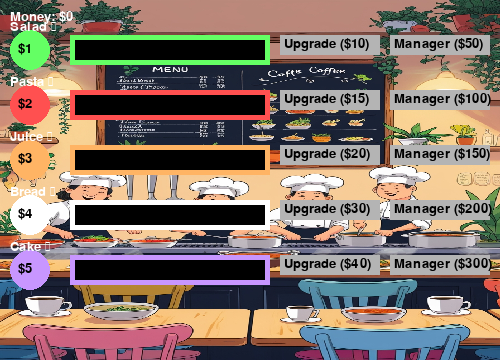
Repository: jontslater/idleclicker
Script's output: python main.py
These files come from the project's save history. The script's output is drawn as it stood at one moment and after the next save; the edit follows.
The window is shown after at most 60 frames with no key pressed. Random numbers start from a fixed seed. It also reads Leonardo_Phoenix_10_A_cozy_cartoonstyle_restaurant_interior_wa_1.jpg.

Above is the script's output before, as saved 2025-04-14 13:55:19.

### main.py
import pygame

pygame.init()
screen = pygame.display.set_mode([500, 360])
pygame.display.set_caption('Idle Restaurant')

background_img = pygame.image.load("c:/Users/lisaa/workspace/idleclicker/Leonardo_Phoenix_10_A_cozy_cartoonstyle_restaurant_interior_wa_1.jpg").convert()
background_img = pygame.transform.scale(background_img, (500, 360))


# Colors
red = (255, 80, 80)
green = (100, 255, 100)
orange = (255, 180, 100)
white = (255, 255, 255)
black = (0, 0, 0)
purple = (200, 150, 255)
gray = (180, 180, 180)
dark_gray = (70, 70, 70)

screen = pygame.display.set_mode([500, 360])
pygame.display.set_caption('Idle Restaurant')
background = background_img
framerate = 60
font = pygame.font.Font(None, 20)
timer = pygame.time.Clock()

# Game values
score = 0

# Station data
stations = [
    {"name": "Salad 🥗", "color": green, "value": 1, "speed": 5, "length": 0, "draw": False, "auto": False, "upgrade_cost": 10, "manager_cost": 50},
    {"name": "Pasta 🍝", "color": red, "value": 2, "speed": 4, "length": 0, "draw": False, "auto": False, "upgrade_cost": 15, "manager_cost": 100},
    {"name": "Juice 🍊", "color": orange, "value": 3, "speed": 3, "length": 0, "draw": False, "auto": False, "upgrade_cost": 20, "manager_cost": 150},
    {"name": "Bread 🍞", "color": white, "value": 4, "speed": 2, "length": 0, "draw": False, "auto": False, "upgrade_cost": 30, "manager_cost": 200},
    {"name": "Cake 🍰", "color": purple, "value": 5, "speed": 1, "length": 0, "draw": False, "auto": False, "upgrade_cost": 40, "manager_cost": 300},
]

def draw_station(station, y):
    global score
    # Auto-run if manager purchased
    if station["auto"]:
        station["draw"] = True

    # Progress bar logic
    if station["draw"] and station["length"] < 200:
        station["length"] += station["speed"]
    elif station["draw"] and station["length"] >= 200:
        station["draw"] = False
        station["length"] = 0
        score += station["value"]

    # Draw icon
    pygame.draw.circle(screen, station["color"], (30, y), 20)
    pygame.draw.rect(screen, station["color"], [70, y - 15, 200, 30])
    pygame.draw.rect(screen, black, [75, y - 10, 190, 20])
    pygame.draw.rect(screen, station["color"], [70, y - 15, station["length"], 30])

    label = font.render(station["name"], True, white)
    screen.blit(label, (10, y - 30))

    value_text = font.render(f"${station['value']}", True, black)
    screen.blit(value_text, (18, y - 8))

    # Buttons: upgrade and manager
    upg_btn = pygame.Rect(280, y - 15, 100, 20)
    mgr_btn = pygame.Rect(390, y - 15, 100, 20)

    pygame.draw.rect(screen, gray, upg_btn)
    pygame.draw.rect(screen, gray, mgr_btn)

    upg_label = font.render(f"Upgrade (${station['upgrade_cost']})", True, black)
    mgr_label = font.render(f"Manager (${station['manager_cost']})", True, black)
    screen.blit(upg_label, (upg_btn.x + 4, upg_btn.y + 2))
    screen.blit(mgr_label, (mgr_btn.x + 4, mgr_btn.y + 2))

    return pygame.Rect(10, y - 20, 40, 40), upg_btn, mgr_btn

running = True
while running:
    timer.tick(framerate)
    screen.blit(background, (0, 0))


    # Events
    for event in pygame.event.get():
        if event.type == pygame.QUIT:
            running = False

        if event.type == pygame.MOUSEBUTTONDOWN:
            for i, station in enumerate(stations):
                task_y = 50 + i * 55
                task_rect, upg_rect, mgr_rect = draw_station(station, task_y)

                if task_rect.collidepoint(event.pos) and not station["auto"]:
                    station["draw"] = True

                if upg_rect.collidepoint(event.pos) and score >= station["upgrade_cost"]:
                    score -= station["upgrade_cost"]
                    station["speed"] += 1
                    station["upgrade_cost"] += 10

                if mgr_rect.collidepoint(event.pos) and not station["auto"] and score >= station["manager_cost"]:
                    score -= station["manager_cost"]
                    station["auto"] = True

    # Draw stations
    for i, station in enumerate(stations):
        draw_station(station, 50 + i * 55)

    # Score display
    money_text = font.render(f"Money: ${round(score, 2)}", True, white)
    screen.blit(money_text, (10, 10))

    pygame.display.update()

pygame.quit()

After the next save:
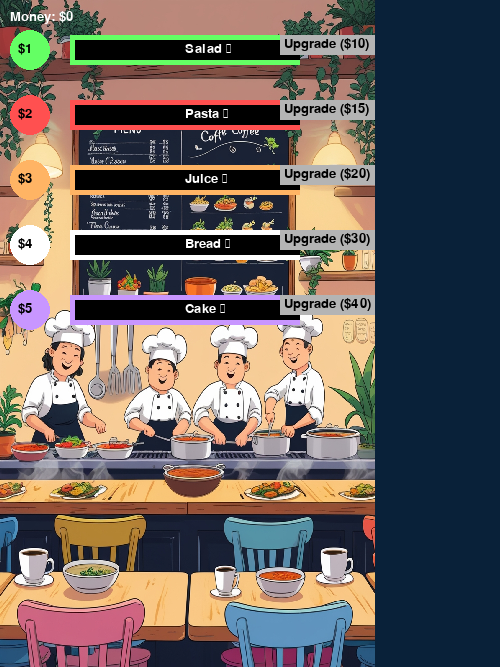
Saved 112 s later.
--- a/main.py
+++ b/main.py
@@ -1,12 +1,12 @@
 import pygame
 
 pygame.init()
-screen = pygame.display.set_mode([500, 360])
+# Phone dimensions (for a more realistic phone screen)
+screen = pygame.display.set_mode([375, 667])
 pygame.display.set_caption('Idle Restaurant')
 
 background_img = pygame.image.load("c:/Users/lisaa/workspace/idleclicker/Leonardo_Phoenix_10_A_cozy_cartoonstyle_restaurant_interior_wa_1.jpg").convert()
-background_img = pygame.transform.scale(background_img, (500, 360))
-
+background_img = pygame.transform.scale(background_img, (375, 667))
 
 # Colors
 red = (255, 80, 80)
@@ -18,7 +18,7 @@ purple = (200, 150, 255)
 gray = (180, 180, 180)
 dark_gray = (70, 70, 70)
 
-screen = pygame.display.set_mode([500, 360])
+screen = pygame.display.set_mode([375, 667])
 pygame.display.set_caption('Idle Restaurant')
 background = background_img
 framerate = 60
@@ -53,12 +53,13 @@ def draw_station(station, y):
 
     # Draw icon
     pygame.draw.circle(screen, station["color"], (30, y), 20)
-    pygame.draw.rect(screen, station["color"], [70, y - 15, 200, 30])
-    pygame.draw.rect(screen, black, [75, y - 10, 190, 20])
-    pygame.draw.rect(screen, station["color"], [70, y - 15, station["length"], 30])
+    pygame.draw.rect(screen, station["color"], [70, y - 15, 230, 30])  # Widened progress bar
+    pygame.draw.rect(screen, black, [75, y - 10, 225, 20])  # Black border for the bar
+    pygame.draw.rect(screen, station["color"], [70, y - 15, station["length"], 30])  # Progress fill
 
+    # Draw the name inside the progress bar
     label = font.render(station["name"], True, white)
-    screen.blit(label, (10, y - 30))
+    screen.blit(label, (70 + (230 - station["length"]) // 2, y - 8))  # Centered text
 
     value_text = font.render(f"${station['value']}", True, black)
     screen.blit(value_text, (18, y - 8))
@@ -82,7 +83,6 @@ while running:
     timer.tick(framerate)
     screen.blit(background, (0, 0))
 
-
     # Events
     for event in pygame.event.get():
         if event.type == pygame.QUIT:
@@ -90,7 +90,7 @@ while running:
 
         if event.type == pygame.MOUSEBUTTONDOWN:
             for i, station in enumerate(stations):
-                task_y = 50 + i * 55
+                task_y = 50 + i * 65  # Adjusted spacing
                 task_rect, upg_rect, mgr_rect = draw_station(station, task_y)
 
                 if task_rect.collidepoint(event.pos) and not station["auto"]:
@@ -107,7 +107,7 @@ while running:
 
     # Draw stations
     for i, station in enumerate(stations):
-        draw_station(station, 50 + i * 55)
+        draw_station(station, 50 + i * 65)
 
     # Score display
     money_text = font.render(f"Money: ${round(score, 2)}", True, white)
